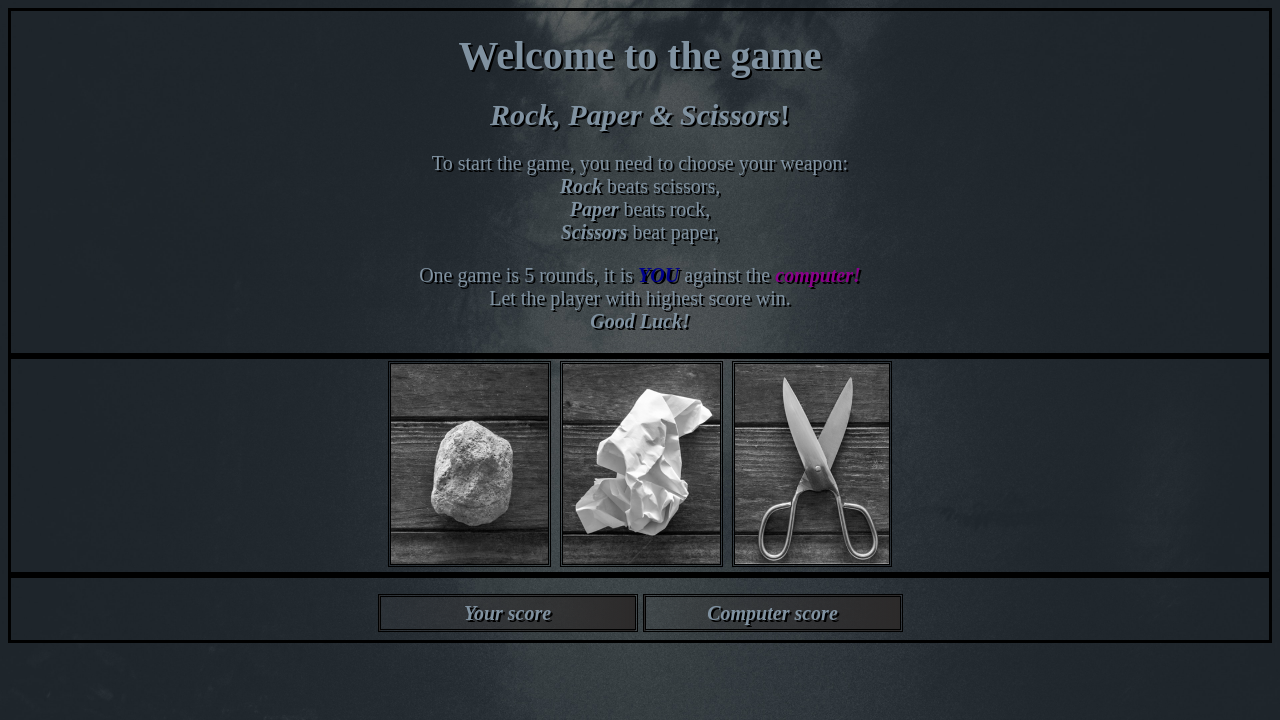
Repository: agneta1991/rock-paper-scissors
Page: Desktop/coding/index2.html
An editor plug-in stored every save of this project. The page is shown before and after the next save, followed by the edit.
The browser window is 1280 px wide. The pictures show the whole page.

Above is the page before, as saved 2023-03-06 09:55:56.

### Desktop/coding/index2.html
<!DOCTYPE html>
<html lang="en">
<head>
    <meta charset="UTF-8">
    <title>Rock Paper Scissors</title>
    <link rel="styleSheet" href='styles.css'>
</head>
<body>
    <script src="js.js" defer></script>
    <div class="container1">
        <div class="title">
            <h1>Welcome to the game </h1>
            <h2><span>Rock, Paper & Scissors</span>!</h2>
            <p>To start the game, you need to choose your weapon:<br>
            <span>Rock</span> beats scissors, <br>
            <span>Paper</span> beats rock, <br>
            <span>Scissors</span> beat paper,</p>
            <p>One game is 5 rounds, it is <span style="color: darkblue">YOU</span> against the <span style="color: darkmagenta">computer!</span><br>
            Let the player with highest score win.<br>
        <span>Good Luck!</span></p>
        </div>
    </div>
    <div class ="container2">
        <div id="options">
            <button class="Rock"> <img src='images/rock.png'></button>
            <button class="Paper"><img src='images/paper.png'></button>
            <button class="Scissors"><img src='images/scissors.png'></button>
        </div>
    </div>
    <div class="container3">
        <div class="choices">
            <div id="playerChoice"></div><div id="computerChoice"></div>
        </div>

        <div id="msg"></div>

        <div class="score">
            <div class="playerScore">
                <span>Your score</span>
                <div id="displayedPlayerScore"></div>
            </div>
            <div class="computerScore">
                <span>Computer score</span>
                <div id="displayedComputerScore"></div>
            </div>
        </div>

    <div id="winner"></div>
    </div>
</body>
</html>

### Desktop/coding/styles.css
body{
    background-image: url('images/background.jpg');
    background-size:100%;
}
h1, h2{
    line-height: 90%;
}

.container1, .container2, .container3{
    border: solid black;
    color: rgb(128, 146, 161);
    text-shadow: 2px 2px black;
    font-size: 20px;
}
span{
    font-weight: bold;
    font-style: italic;
}
.container1{
    display: flex;
    justify-content: center;
    text-align: center;
}


img{
    width: auto ;
    height: 200px ;
    border-style: double;
}

.container2 {
    display: flex;
    justify-content: center;
    gap: 8px;
}
button{
    background-color: transparent;
    padding: 0%;
    border-color: transparent;
}


img {
    -webkit-filter:
    grayscale(100%);
    filter:grayscale(100%);
    -webkit-transition: .2s
    ease-in-out;
    transition: .2s ease-in-out;

}

img:hover {
    -webkit-filter:grayscale(0);
    filter:grayscale(0);

}

.playerScore, .computerScore {
    padding: 7px;
    display: inline;
    border-color: black;
    line-height: 90%;
    width: 240px;
    border-style: double;
    background-image: linear-gradient(to right, rgba(156, 146, 146, 0.055),rgb(44, 42, 42) );
}

.score, .choices{
    display: flex;
    flex-wrap: wrap;
    justify-content: center;
    text-align: center;
    gap: 5px;

}

#playerChoice, #computerChoice, #msg, #winner{
    display: flex;
    justify-content: center;
    text-align: center;
    padding: 4px;
    font-size: 25px;
    display: flex;
    justify-content: center;
    text-align: center;
}

### Desktop/coding/js.js
const choice = ['Rock', 'Paper', 'Scissors'];
const computerChoice = choice[Math.floor(Math.random()*choice.length)];
let playerScore=0;
let computerScore=0;

function round() {
const btn = document.querySelectorAll('button');

    btn.forEach((individualBtn)=>{
    individualBtn.addEventListener('click', ()=>{
        document.getElementById ('playerChoice').innerHTML = individualBtn.className + ' against '
        document.getElementById('computerChoice').innerHTML = computerChoice;

            let clicked = individualBtn.className;
            let msgComp = 'Computer wins!';
            let msgPlay = 'You win!';
            let msgT = "it's a tie!";

         if (clicked === 'Rock' && computerChoice === 'Paper'){
            document.getElementById('msg').innerHTML= msgComp;
            ++computerScore;
            document.getElementById('displayedComputerScore').innerHTML = computerScore;
            document.getElementById('displayedPlayerScore').innerHTML = playerScore;

            } else if (clicked==='Paper' && computerChoice ==='Scissors'){
            document.getElementById('msg').innerHTML= msgComp;
            ++computerScore;
            document.getElementById('displayedComputerScore').innerHTML = computerScore;
            document.getElementById('displayedPlayerScore').innerHTML = playerScore;

            } else if (clicked === 'Scissors' && computerChoice==='Rock'){
            ++computerScore;
            document.getElementById('displayedComputerScore').innerHTML = computerScore;
            document.getElementById('displayedPlayerScore').innerHTML = playerScore;
            document.getElementById('msg').innerHTML= msgComp;

            } else if (clicked=== 'Paper' && computerChoice==='Rock'){
            ++playerScore;
            document.getElementById('displayedPlayerScore').innerHTML = playerScore;
            document.getElementById('displayedComputerScore').innerHTML = computerScore;
            document.getElementById('msg').innerHTML= msgPlay;

            } else if(clicked === 'Scissors' && computerChoice === 'Paper'){
            ++playerScore;
            document.getElementById('displayedPlayerScore').innerHTML = playerScore;
            document.getElementById('displayedComputerScore').innerHTML = computerScore;
            document.getElementById('msg').innerHTML= msgPlay;

            } else if (clicked === 'Rock' && computerChoice==='Scissors'){
            ++playerScore;
            document.getElementById('displayedPlayerScore').innerHTML = playerScore;
            document.getElementById('displayedComputerScore').innerHTML = computerScore;
            document.getElementById('msg').innerHTML= msgPlay;

            } else if(clicked === computerChoice) {
            document.getElementById('msg').innerHTML= msgT;
            document.getElementById('displayedPlayerScore').innerHTML = playerScore;
            document.getElementById('displayedComputerScore').innerHTML = computerScore;
            };

            if (playerScore===5){
                document.getElementById('winner').innerHTML='Congratulations! you have won!';
            }else if (computerScore === 5){
                document.getElementById('winner').innerHTML='Unfortunately computer won this time! better luck next game!';
            };


    });
});
}

round();

After the next save:
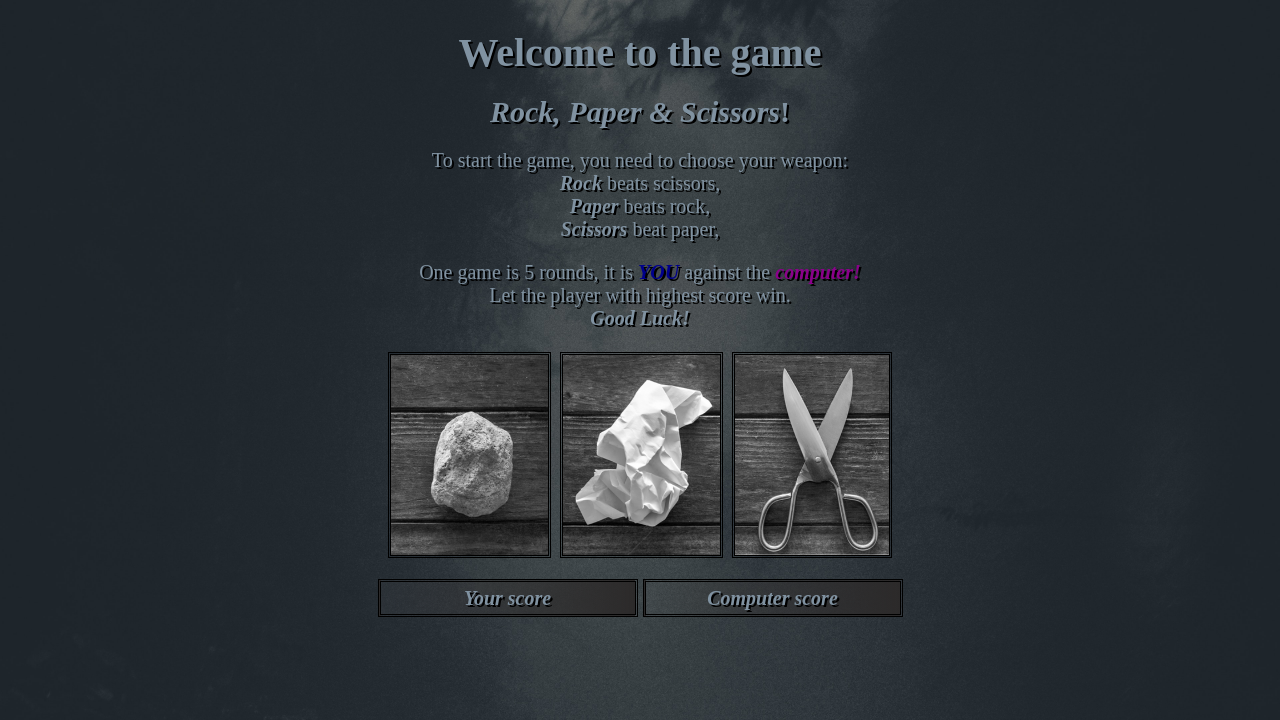
Saved 28 min 36 s later.
--- a/Desktop/coding/styles.css
+++ b/Desktop/coding/styles.css
@@ -7,7 +7,6 @@ h1, h2{
 }
 
 .container1, .container2, .container3{
-    border: solid black;
     color: rgb(128, 146, 161);
     text-shadow: 2px 2px black;
     font-size: 20px;
